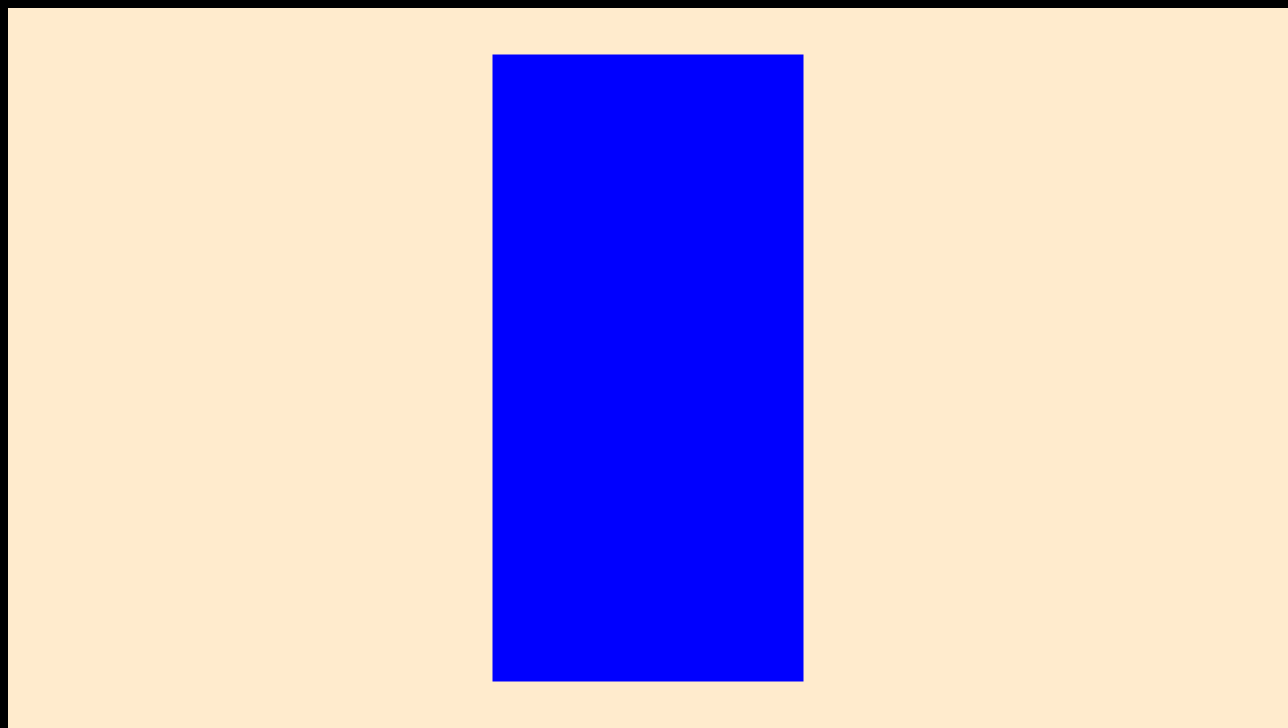
Repository: DorivalJunior14/Projeto-social
Page: index.html
An editor plug-in stored every save of this project. The page is shown before and after the next save, followed by the edit.
The browser window is 1280 px wide. The page is 1288 px wide, so the pictures cover 1288 px, including what lies to the right of the window. The pictures show the whole page.

Above is the page before, as saved 2022-06-24 12:39:11.

### index.html
<!DOCTYPE html>
<html lang="pt-br">
<head>
    <meta charset="UTF-8">
    <meta http-equiv="X-UA-Compatible" content="IE=edge">
    <meta name="viewport" content="width=device-width, initial-scale=1.0">
    <link rel="shortcut icon" href="favicon.ico" type="image/x-icon">
    <link rel="stylesheet" href="estilos/style.css">
    <title>Projeto redes sociais</title>

</head>
<body>
  <main>
    <section id="telefone">
    </section>
    <section id="redes-sociais">
    </section>
  </main>
</body>
</html>

### estilos/style.css
@charset "UTF-8"

*{
    margin: 0px;
    padding: 0px;
    font-family: Arial, Helvetica, sans-serif;
}

html, body {
    height: 100vh;
    width: 100vw;
    background-color: black;

}

main {
    position: relative;
    height: 100vh;
    background-color: blanchedalmond;
}

section#telefone {
    position: absolute;
    top: 50%;
    left: 50%;
    transform: translate(-50%,-50%);
    height: 627px;
    width: 311px;
    background-color: blue;
    background: url('../'imagens/frame-iphone.png');
    transform: translate(-50%,-50%);


}

After the next save:
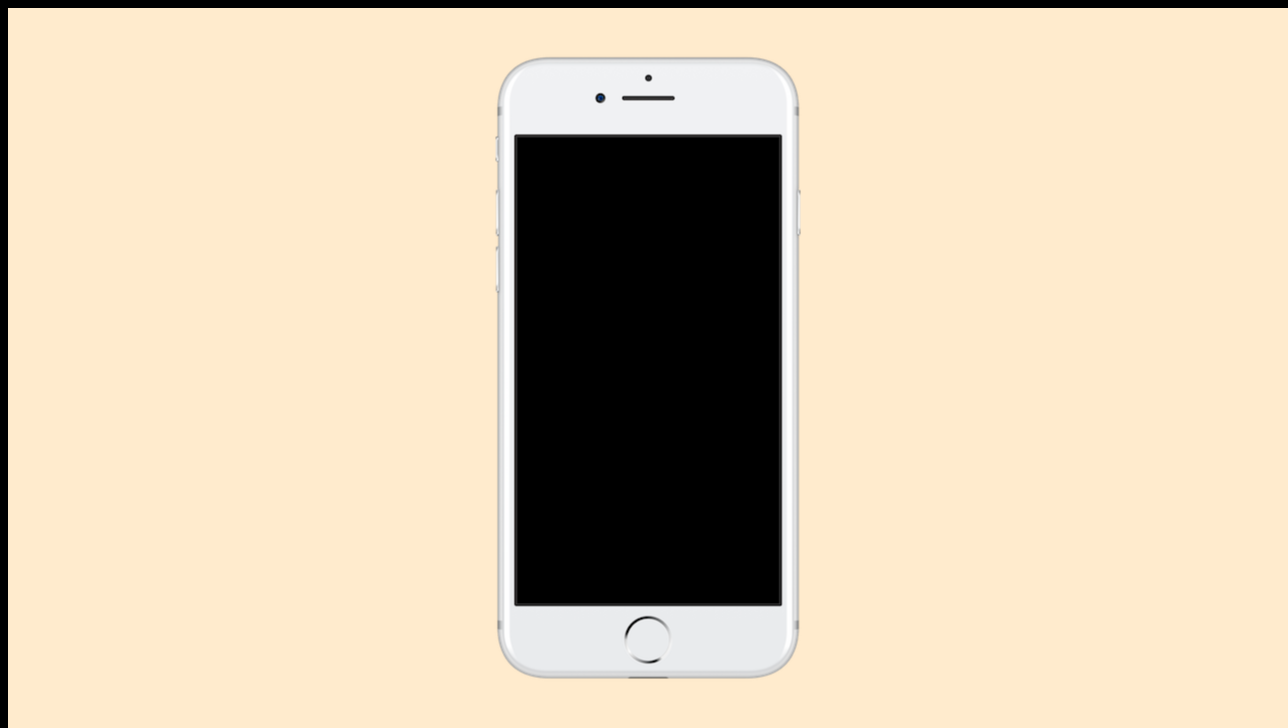
Saved 3 min 16 s later.
--- a/estilos/style.css
+++ b/estilos/style.css
@@ -27,7 +27,7 @@ section#telefone {
     height: 627px;
     width: 311px;
     background-color: blue;
-    background: url('../'imagens/frame-iphone.png');
+    background: url('../imagens/frame-iphone.png');
     transform: translate(-50%,-50%);
 
 
